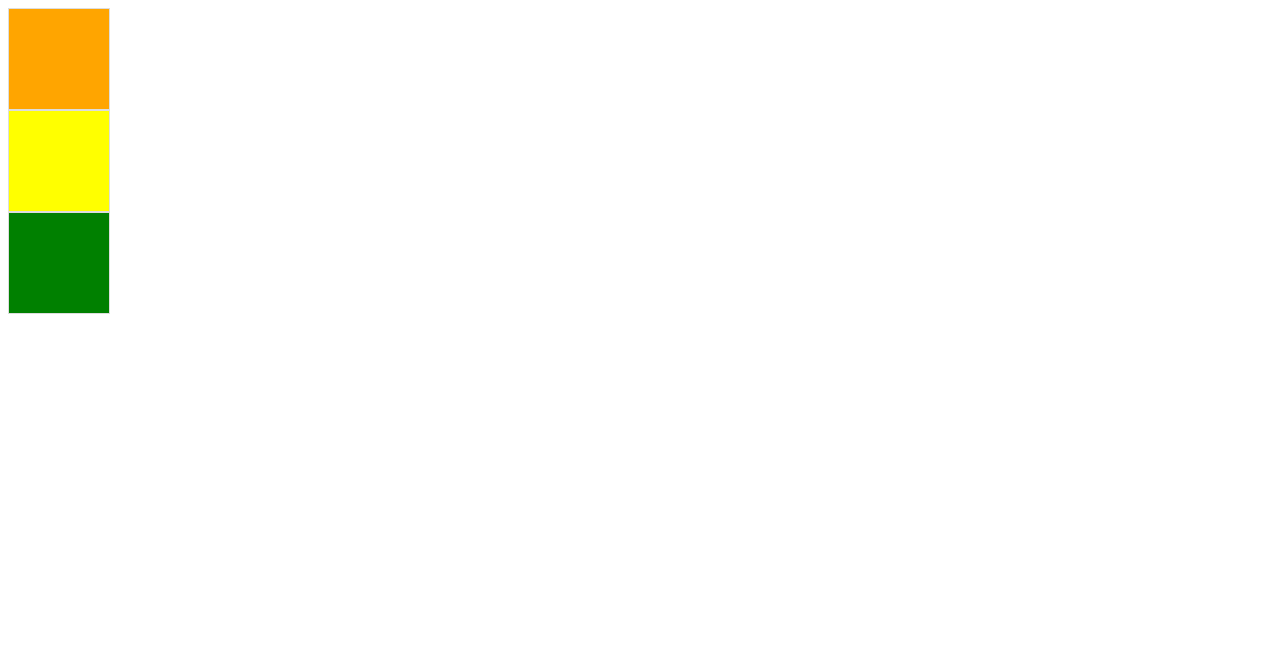
Repository: KangSuA/JSP
Page: webApp/src/main/webapp/jquery/jq15_animate.html
An editor plug-in stored every save of this project. The page is shown before and after the next save, followed by the edit.
The browser window is 1280 px wide. The pictures show the whole page.

Above is the page before, as saved 2023-02-15 08:15:28.
Console error: SyntaxError: missing ) after argument list

After the next save:
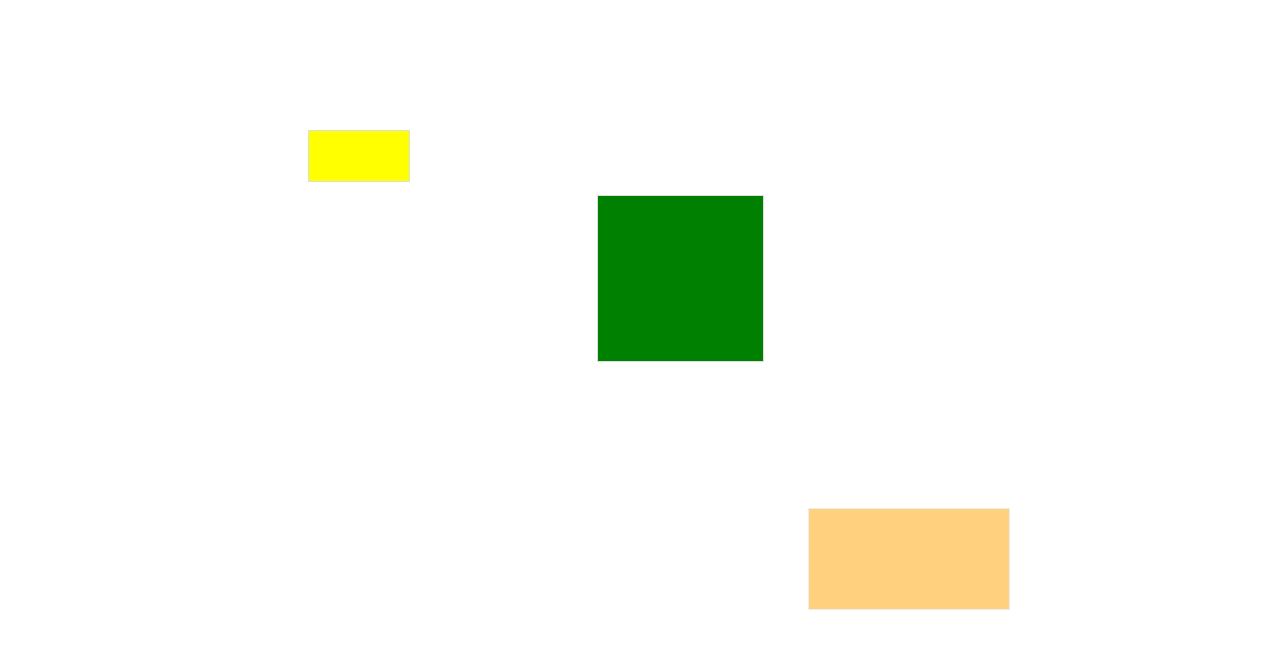
The error is gone.
Saved 26 s later.
--- a/webApp/src/main/webapp/jquery/jq15_animate.html
+++ b/webApp/src/main/webapp/jquery/jq15_animate.html
@@ -24,7 +24,7 @@
 		$("d1, #d2, #d3").mouseover(function(){
 			//$(this).stop(); // 현재 진행중인 애니메이션만 중지
 			$(this).stop(true); // 하위애니메이션 중지
-		}
+		});
 	})
 </script>
 </head>
